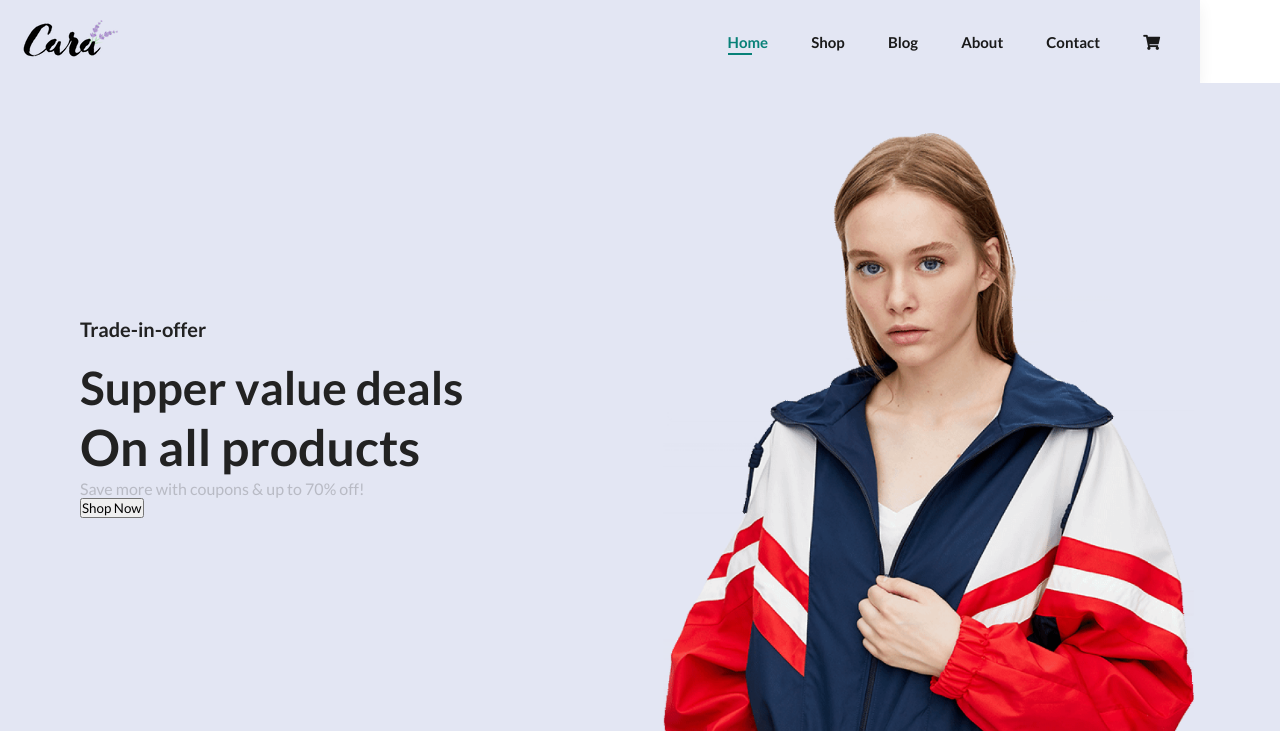
Repository: Nguyenductuan-dev/Website-Clothes
Page: index.html
An editor plug-in stored every save of this project. The page is shown before and after the next save, followed by the edit.
The browser window is 1280 px wide. The pictures show the whole page.

Above is the page before, as saved 2022-04-22 20:58:47.

### index.html
<!DOCTYPE html>
<html lang="en">
<head>
    <meta charset="UTF-8">
    <meta http-equiv="X-UA-Compatible" content="IE=edge">
    <meta name="viewport" content="width=device-width, initial-scale=1.0">
    <link rel="shortcut icon" href="assets/imgs/favicon.png" type="image/x-icon">
    <link rel="stylesheet" href="https://cdnjs.cloudflare.com/ajax/libs/font-awesome/5.15.1/css/all.min.css" />
    <link rel="preconnect" href="https://fonts.googleapis.com">
    <link rel="preconnect" href="https://fonts.gstatic.com" crossorigin>
    <link href="https://fonts.googleapis.com/css2?family=Lato:wght@400;700&family=Montserrat:ital,wght@0,200;0,300;0,400;0,500;0,600;0,700;1,600&display=swap" rel="stylesheet">
    <link rel="stylesheet" href="assets/css/style.css">
    <title>Website Clothes</title>
</head>
<body>
    <!-- ======================= HEADER ====================== -->
    <header class="header " id="header">
        <div class="header__container">
            <a href="index.html" class="header__logo">
                <img src="assets/images/logo.png" alt="" class="header__logo-img">
            </a>

            <div class="navbar" id="navbar">
                <ul class="navbar__list">
                    <li class="navbar__item ">
                        <a href="index.html" class="navbar__link navbar__active">Home</a>
                    </li>
                    <li class="navbar__item">
                        <a href="shop.html" class="navbar__link">Shop</a>
                    </li>
                    <li class="navbar__item">
                        <a href="blog.html" class="navbar__link">Blog</a>
                    </li>
                    <li class="navbar__item">
                        <a href="about.html" class="navbar__link">About</a>
                    </li>
                    <li class="navbar__item">
                        <a href="contact.html" class="navbar__link">Contact</a>
                    </li>
                    <li class="navbar__item">
                        <a href="cart.html" class="navbar__link">
                            <i class="fas fa-shopping-cart"></i>
                        </a>
                    </li>
                </ul>
            </div>
        </div>
    </header>

    <!-- ======================= BANNER ====================== -->
    <section class="banner" id="banner">
        <h4>Trade-in-offer</h4>
        <h2>Supper value deals</h2>
        <h1>On all products</h1>
        <p>Save more with coupons & up to 70% off!</p>
        <button class="btn">
            Shop Now
        </button>
    </section>

    <script src="assets/js/main.js"></script>
</body>
</html>

### assets/css/style.css
* {
    margin: 0;
    padding: 0;
    box-sizing: border-box;
    font-family: 'Lato', sans-serif;
}
h1 {
    font-size: 50px;
    line-height: 64px;
    color: #222;
}
h2 {
    font-size: 46px;
    line-height: 54px;
    color: #222;
}

h4 {
    font-size: 20px;
    line-height: 64px;
    color: #222;
}
h6 {
    font-weight: 700;
    font-size: 12px;
}
p {
    font-size: 16px;
    color: #4444;
}
body {
    width: 100%;
}

/* ================ HEADER =================== */
.header__container {
    max-width: 1200px;
    display: flex;
    justify-content: space-between;
    align-items: center;
    padding: 20px;
    background-color: #e3e6f3;
    box-shadow: 0 5px 15px rgba(0, 0, 0, .06);
}
.navbar {
    display: inline-block;
}
.navbar__item {
    display: inline-block;
    list-style: none;
    padding: 0 20px;
    position: relative;
}
.navbar__link {
    text-decoration: none;
    color: #1a1a1a;
   font-size: 15px;
   font-weight: 600;
   transition: .3s ease;

}
.navbar__link:hover,
.navbar__link.navbar__active {
    color: #088178;
}
.navbar__active::after,
.navbar__link:hover::after {
    content: '';
    width: 30%;
    height: 2px;
    background-color: #088178;
    position: absolute;
    bottom: -4px;
    left: 20px;
}
/* ================ BANNER =================== */
.banner {
    background-image: url('../images/hero4.png');
    width: 100%;
    height: 90vh;
    background-position: top 25% right 0;
    background-size: cover;
    padding: 0 80px;
    display: flex;
    flex-direction: column;
    align-items: flex-start;
    justify-content: center;
}

Loaded but not shown: assets/js/main.js (no stored copy; drawn as an empty file)

After the next save:
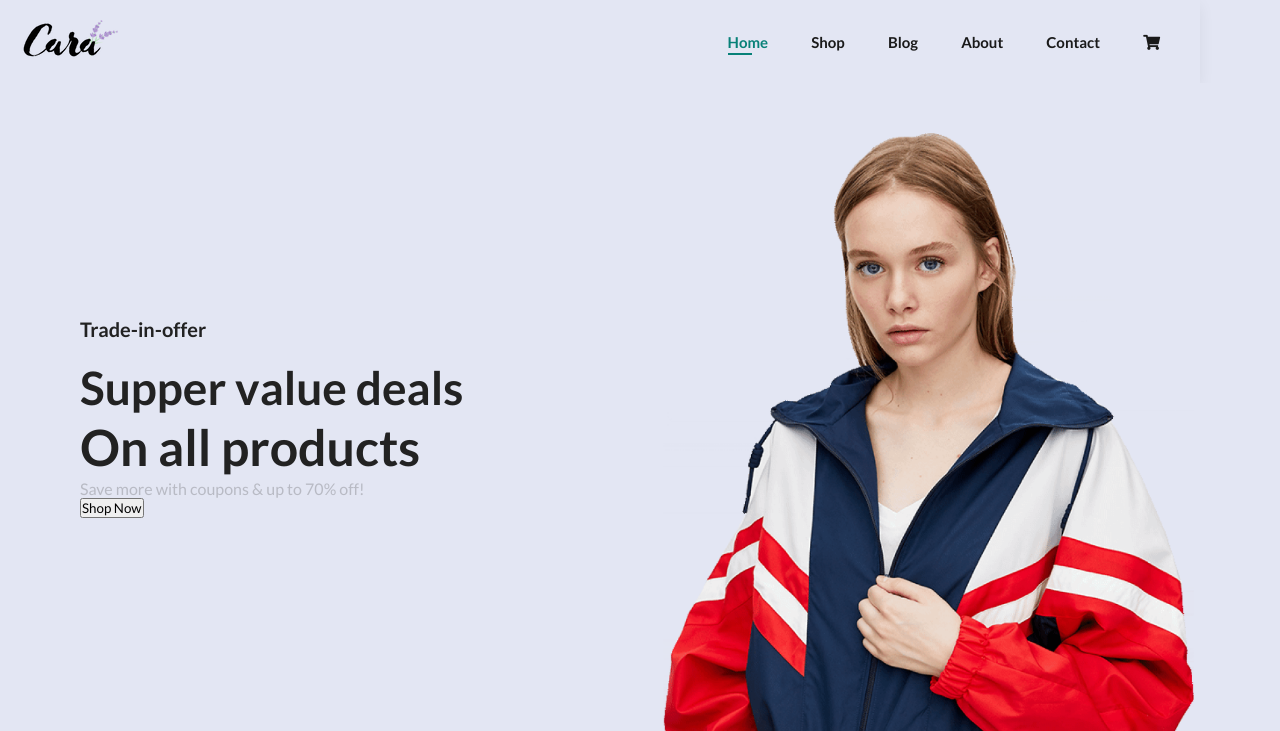
Saved 43 s later.
--- a/assets/css/style.css
+++ b/assets/css/style.css
@@ -33,13 +33,15 @@ body {
 }
 
 /* ================ HEADER =================== */
+.header {
+    background-color: #e3e6f3;
+}
 .header__container {
     max-width: 1200px;
     display: flex;
     justify-content: space-between;
     align-items: center;
     padding: 20px;
-    background-color: #e3e6f3;
     box-shadow: 0 5px 15px rgba(0, 0, 0, .06);
 }
 .navbar {
